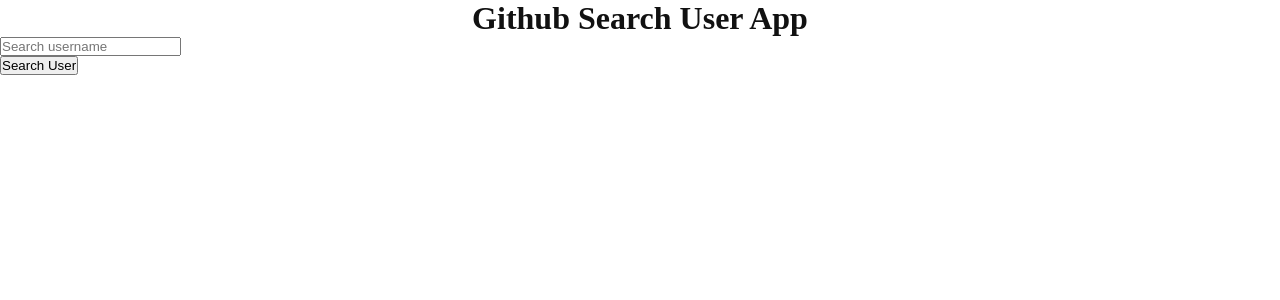
Repository: solox-cyber/Github-search-user
Page: index.html
These files come from the project's save history. The page is drawn as it stood at one moment and after a run of saves; the edit follows.
The browser window is 1280 px wide. The pictures show the whole page.

Above is the page before, as saved 2023-03-25 18:14:26.

### index.html
<!DOCTYPE html>
<html lang="en">

<head>
    <meta charset="UTF-8">
    <meta http-equiv="X-UA-Compatible" content="IE=edge">
    <meta name="viewport" content="width=device-width, initial-scale=1.0">
    <title>Github Search User Using Github API</title>
    <link rel="stylesheet" href="style.css">
</head>

<body>
    <div class="container mt-5">
        <h1 style="text-align: center;">
            Github Search User App
        </h1>
    </div>
    <form id="myForm" autocomplete="off">
        <div class="form-group">
            <input type="text" name="" class="form-control" placeholder="Search username" id="search" required>
        </div>
        <div class="form-group">
            <button class="btn btn-danger btn-block">
                Search User
            </button>
        </div>
    </form>
    <div id="result"></div>

        <script src="script.js"></script>
</body>

</html>

### style.css
*{
    margin: 0;
    padding: 0;
    box-sizing: border-box;
}

body{
    color: #111;
}

### script.js
var form = document.getElementById("myForm");

form.addEventListener('submit', function(e){
e.preventDefault();

var search = document.getElementById("search").value;

var originalName = search.split(' ').join(' ');

document.getElementById("result").innerHTML = "";
fetch("https://api.github.com/users/"+originalName)
.then(result=>result.json())
.then(data => {
    console.log(data);
    document.getElementById('result').innerHTML =`
   <a target="_blank" href="https://www.github.com/${originalName}"> <img src="${data.avatar_url}"/></a>
    `
})



})

After the next 4 saves:
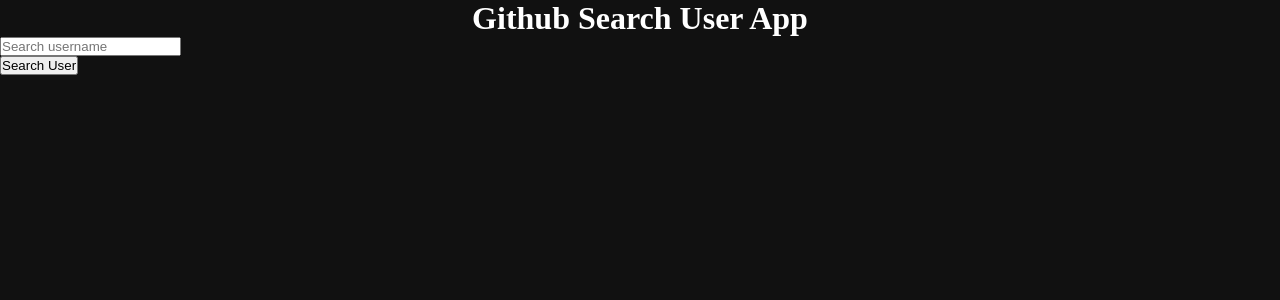
The 4 saves are shown as one change because they came seconds apart.
The last was saved 12 s later.
--- a/style.css
+++ b/style.css
@@ -5,5 +5,6 @@
 }
 
 body{
-    color: #111;
+    background-color: #111;
+    color: #fff;
 }
